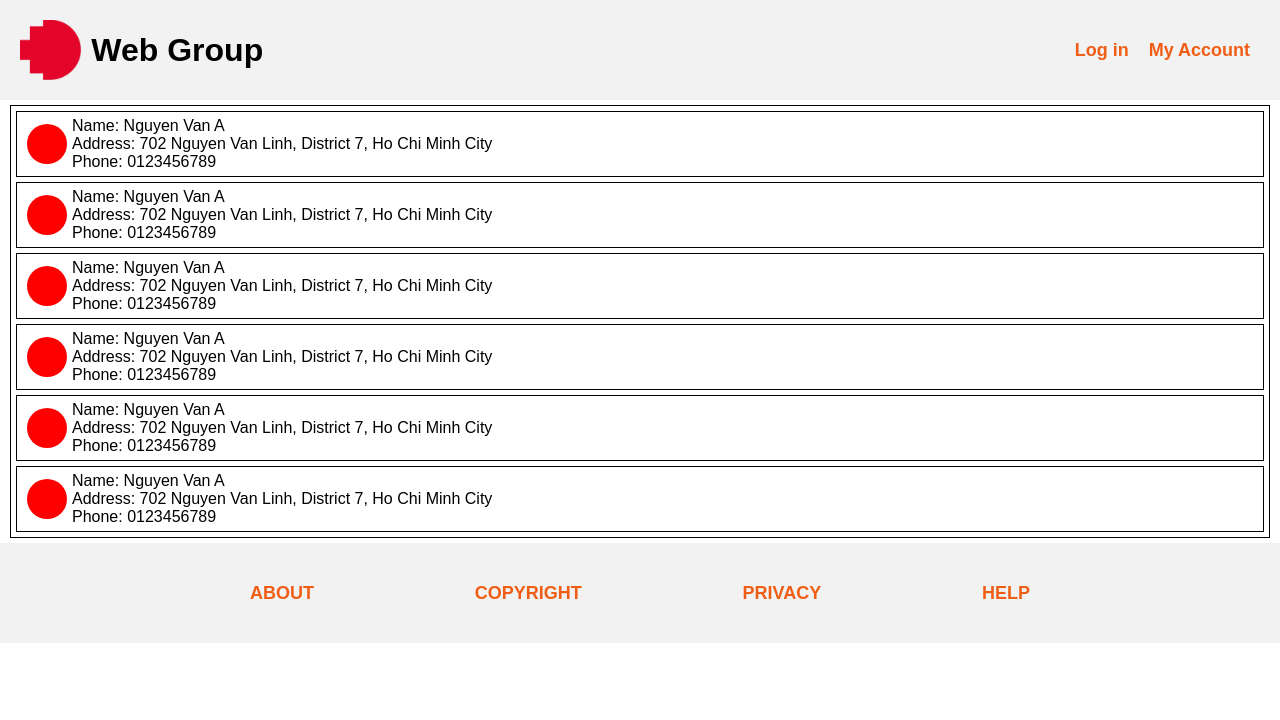
Repository: quynguyn/shoopingweb
Page: shipper.html
These files come from the project's save history. The page is drawn as it stood at one moment and after a run of saves; the edit follows.
The browser window is 1280 px wide. The pictures show the whole page.
Pictures or frames that could not be fetched are drawn as grey boxes.

Above is the page before, as saved 2023-05-04 16:01:23.

After the next 3 saves:
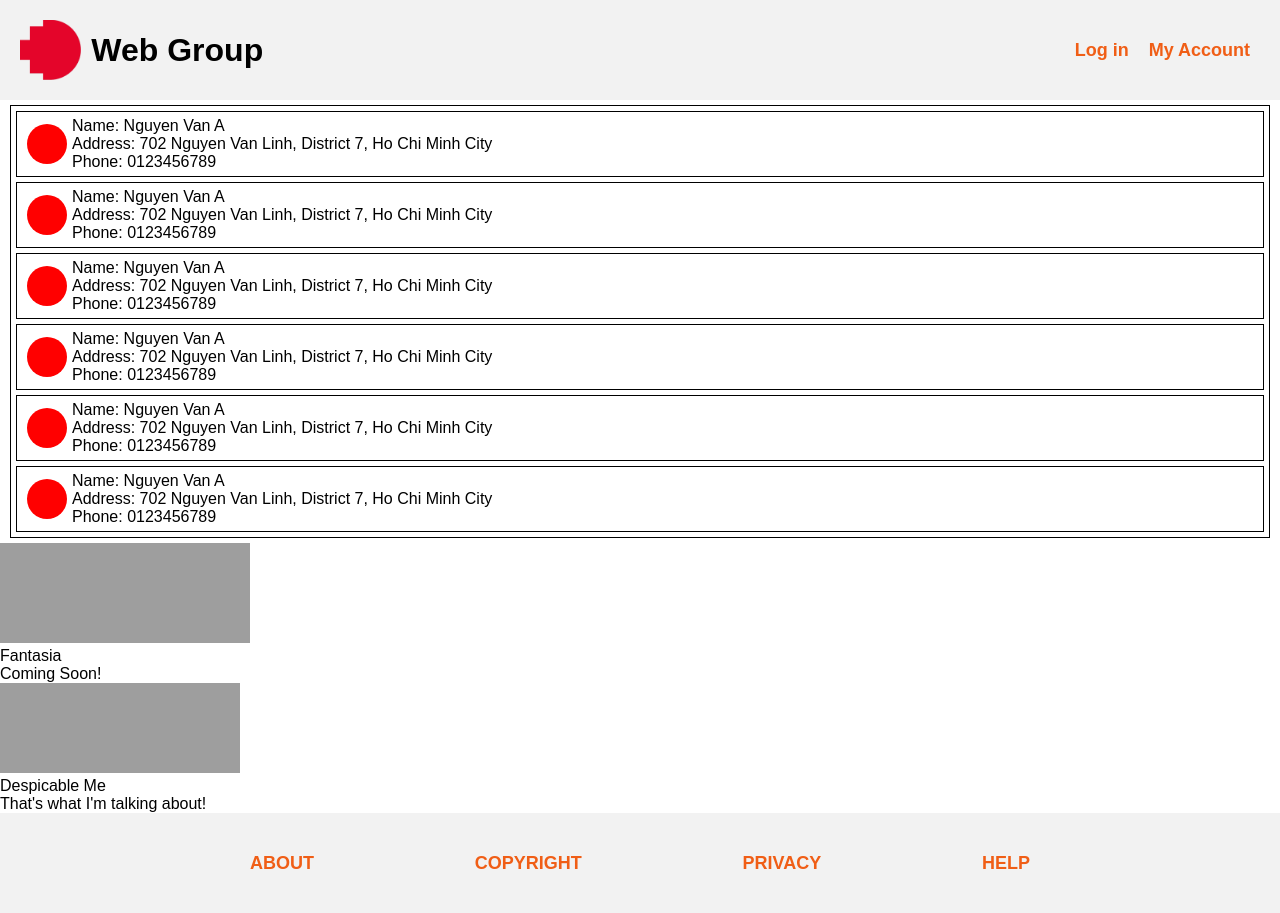
The 3 saves are shown as one change because they came seconds apart.
The last was saved 42 min 56 s later.
--- a/shipper.html
+++ b/shipper.html
@@ -177,6 +177,23 @@
 			</div>
 		</div>
 	</div>
+
+	<div>
+		<div class="novels__gallery popup" onclick="popupFunction(event)">
+			<img class="novels__gallery-img" src="https://placekitten.com/250/100">
+			<div class="novels__gallery-title">Fantasia</div>
+			<span class="popupText">Coming Soon!</span>
+		</div>
+		<div class="novels__gallery popup" onclick="popupFunction(event)">
+			<img class="novels__gallery-img" src="https://placekitten.com/240/90">
+			<div class="novels__gallery-title">Despicable Me</div>
+			<span class="popupText">That's what I'm talking about!</span>
+		</div>
+
+		<div id="modal" onclick="closeModal(event)">
+			<div class="body"></div>
+		</div>
+	</div>
 	<!-- Footer of the page -->
 	<footer>
 		<div class="footer-links">
